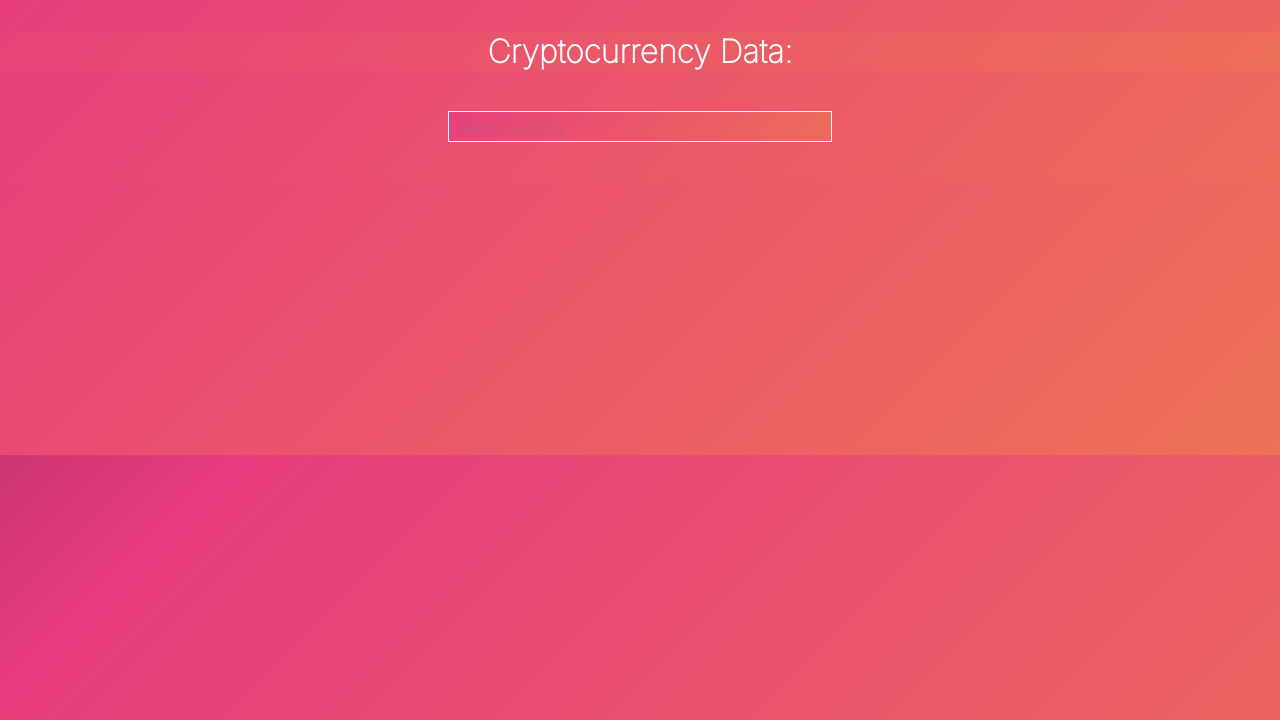
Repository: alejandroacd/cryptocurrency-market
Page: /
An editor plug-in stored every save of this project. The page is shown before and after the next save, followed by the edit.
The browser window is 1280 px wide. The pictures show the whole page.
The page's requests for data from a server got no answer. The project was rebuilt for these pictures with package versions that can differ from the ones it lists, and the page was loaded fresh each time. No one was signed in, and anything a server would have sent is missing. Also part of the build but not shown: src/Currency.js.

Above is the page before, as saved 2021-07-18 14:17:20.

After the next save:
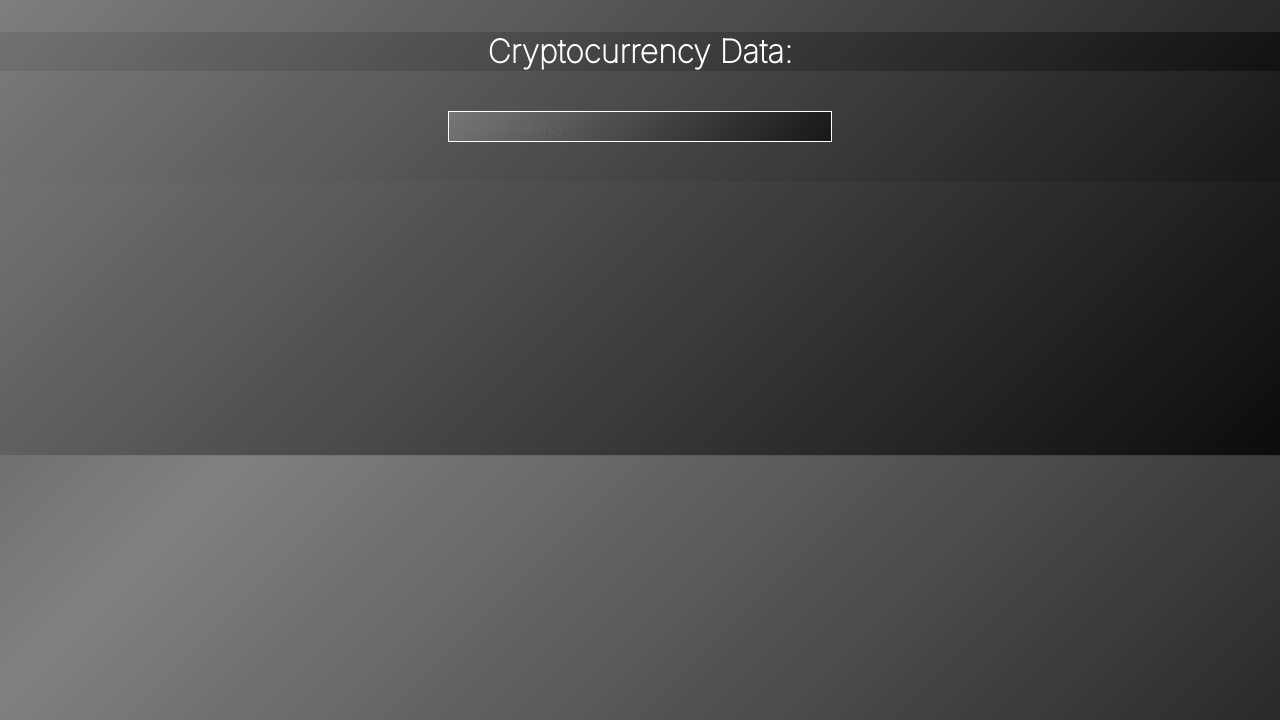
Saved 12 s later.
--- a/src/App.css
+++ b/src/App.css
@@ -15,7 +15,7 @@
   background-color: black;
   color:white;
   font-family: 'Inter', sans-serif;
-  background: linear-gradient(-45deg, #ee7752, #e73c7e, black, #23d5ab);
+  background: linear-gradient(-45deg, black, grey, black, #23d5ab);
   background-size: 400% 400%;
   animation: gradient 15s ease infinite;
 }
